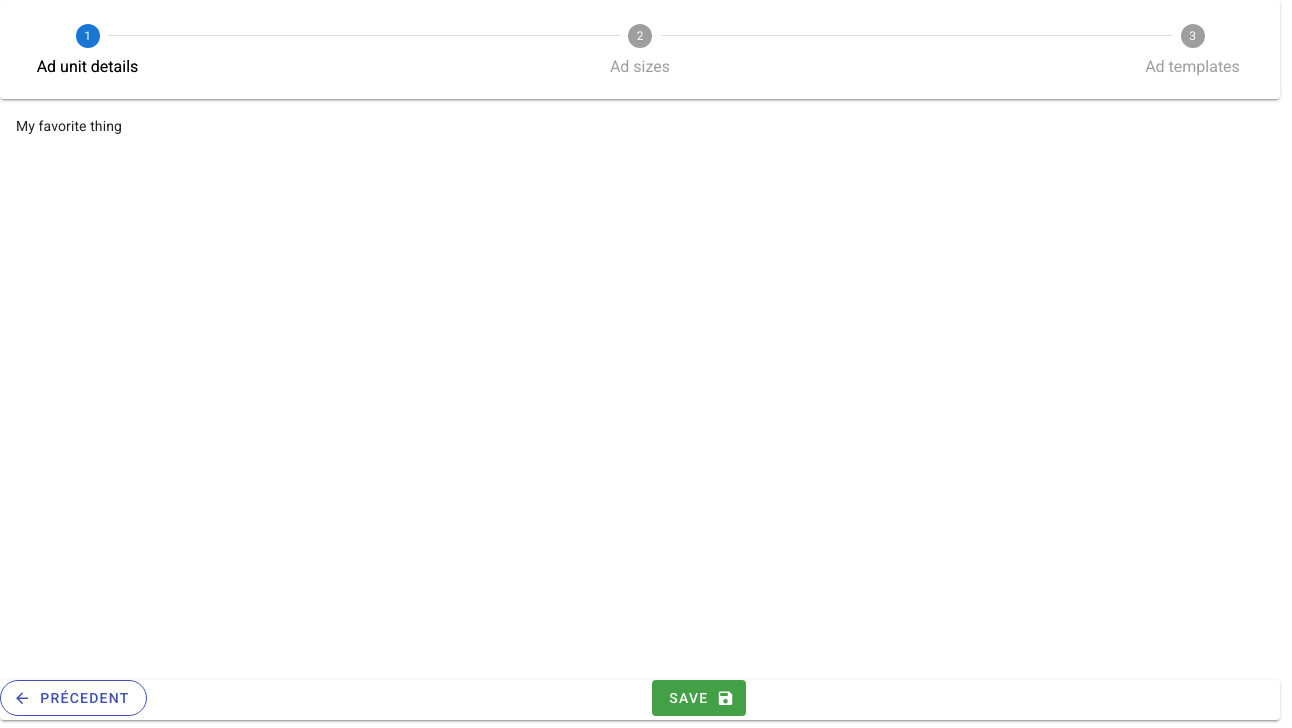
Repository: SidneyHodieb/myc
Page: /addsource
An editor plug-in stored every save of this project. The page is shown before and after the next save, followed by the edit.
The browser window is 1280 px wide. The page is 1292 px wide, so the pictures cover 1292 px, including what lies to the right of the window. The pictures show the whole page.
The project was rebuilt for these pictures with package versions that can differ from the ones it lists, and the page was loaded fresh each time. Also part of the build but not shown: vue.config.js, src/views/Home.vue, src/views/addSource/components/format.vue, src/views/addSource/components/card.vue, src/views/addSource/components/trigger.vue.

Above is the page before, as saved 2021-04-03 19:22:01.

After the next save:
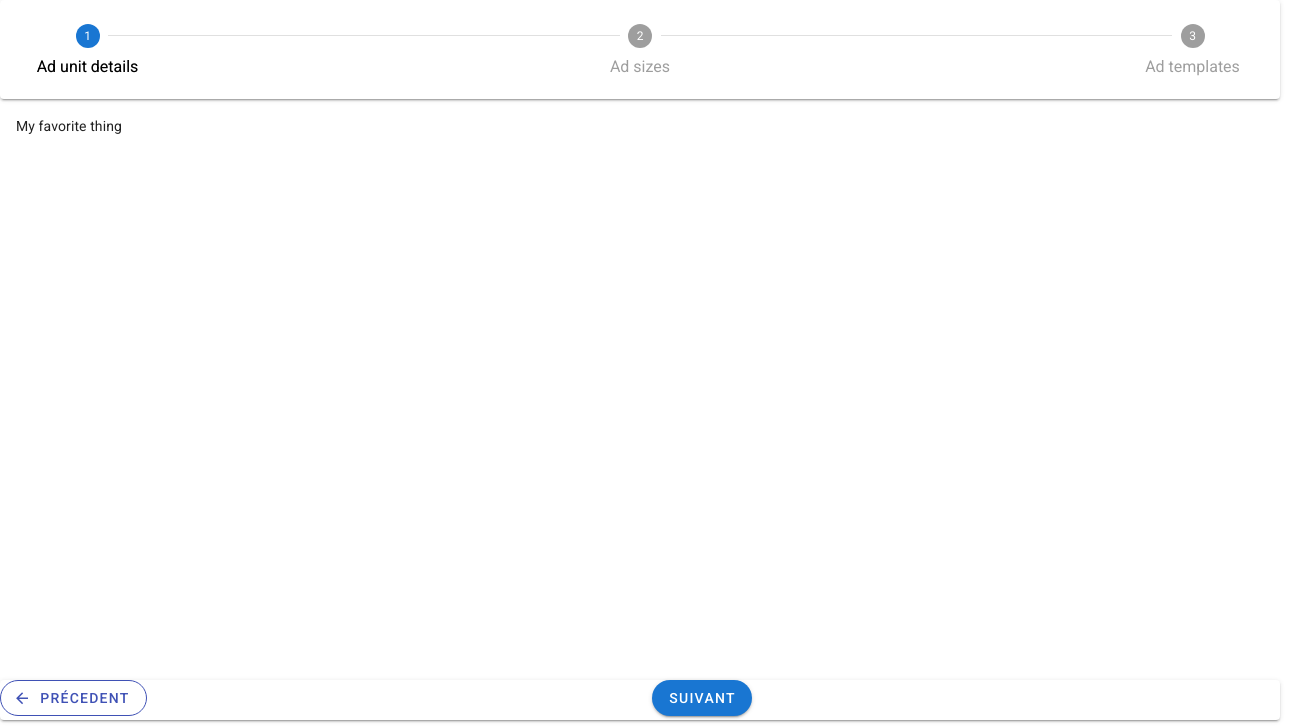
Saved 12 s later.
--- a/src/views/addSource/column.vue
+++ b/src/views/addSource/column.vue
@@ -32,13 +32,7 @@
 
         </v-col>
         <v-col>
-          <v-btn
-      rounded
-      color="primary"
-      dark
-    >
-      Suivant
-    </v-btn>
+
         </v-col>
       </v-row> -->
 
@@ -60,15 +54,12 @@
     <!--   <v-spacer></v-spacer> -->
   <v-col >
       <v-btn
-        class="white--text"
-        color="green darken-1"
-        depressed
-      >
-        Save
-        <v-icon right>
-          mdi-content-save
-        </v-icon>
-      </v-btn>
+      rounded
+      color="primary"
+      dark
+    >
+      Suivant
+    </v-btn>
       </v-col>
       </v-row>
     </v-card>
